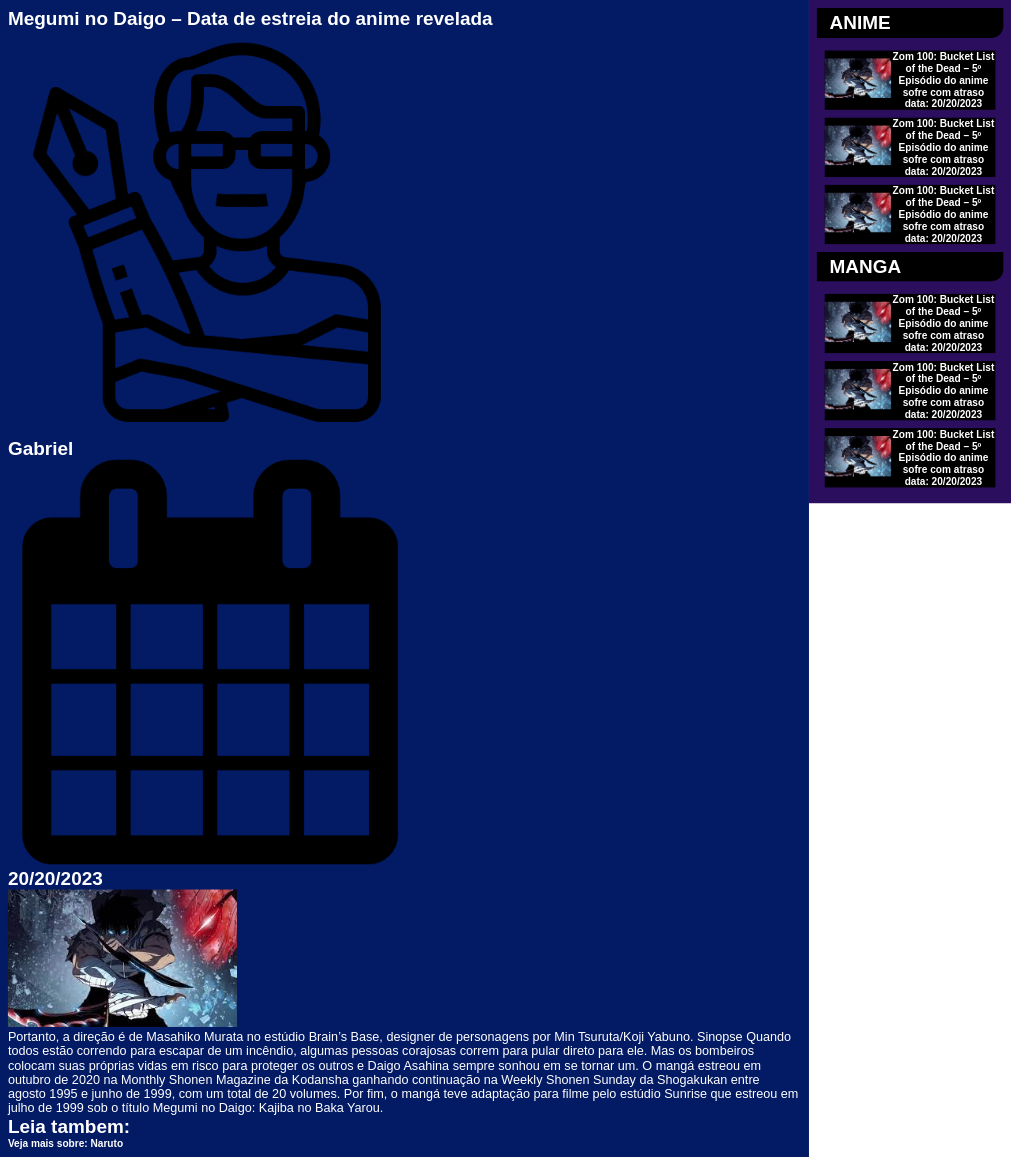
Repository: GabriellShi/blog-anime
Page: a-noticia.html
These files come from the project's save history. The page is drawn as it stood at one moment and after the next save; the edit follows.
The browser window is 1280 px wide. The pictures show the whole page, at 79% of full size.

Above is the page before, as saved 2023-08-03 23:05:14.

### a-noticia.html
<!DOCTYPE html>
<html lang="en">
<head>
    <meta charset="UTF-8">
    <meta name="viewport" content="width=device-width, initial-scale=1.0">
    <link rel="stylesheet" href="/styles.css">
    <title>Noticia</title>
</head>
<body>
    <section class="lado-esquerdo-pai">
        <div><h1>Megumi no Daigo – Data de estreia do anime revelada</h1></div>

        <div>
            <div>
                <img src="/img/autor.png" alt="">
                <h2>Gabriel</h2>
            </div>
            <div>
                <img src="/img/data.png" alt="">
                <h2>20/20/2023</h2>
            </div>
        </div>

        <div> <img src="/img/solo.jpeg" alt=""> </div>

        <div>
            <p>
                Portanto, a direção é de Masahiko Murata no estúdio Brain’s Base, designer de personagens por Min Tsuruta/Koji Yabuno.

Sinopse
Quando todos estão correndo para escapar de um incêndio, algumas pessoas corajosas correm para pular direto para ele. Mas os bombeiros colocam suas próprias vidas em risco para proteger os outros e Daigo Asahina sempre sonhou em se tornar um.

O mangá estreou em outubro de 2020 na Monthly Shonen Magazine da Kodansha ganhando continuação na Weekly Shonen Sunday da Shogakukan entre agosto 1995 e junho de 1999, com um total de 20 volumes.

Por fim, o mangá teve adaptação para filme pelo estúdio Sunrise que estreou em julho de 1999 sob o título Megumi no Daigo: Kajiba no Baka Yarou.
            </p>
        </div>

        <div>
            <h2>Leia tambem:</h2>
            <div></div>
        </div>

        <div><h3>Veja mais sobre: Naruto</h3></div>
    </section>
    <section class="lado-direito-pai">
        <h1 class="titulo-destaque-index">ANIME</h1>

        <ul>
            <li class="lado-esquerdo-neto1 lado-direito-neto1">
                <div>
                    <img src="/img/solo.jpeg" alt="Capa Notica">
                </div>
                <div>
                    <h1>Zom 100: Bucket List of the Dead – 5º Episódio do anime sofre com atraso</h1>
                    <h3>data: 20/20/2023</h3>
                </div>

            </li>
        </ul>

        <ul>
            <li class="lado-esquerdo-neto1 lado-direito-neto1">
                <div>
                    <img src="/img/solo.jpeg" alt="Capa Notica">
                </div>
                <div>
                    <h1>Zom 100: Bucket List of the Dead – 5º Episódio do anime sofre com atraso</h1>
                    <h3>data: 20/20/2023</h3>
                </div>

            </li>
        </ul>

        <ul>
            <li class="lado-esquerdo-neto1 lado-direito-neto1">
                <div>
                    <img src="/img/solo.jpeg" alt="Capa Notica">
                </div>
                <div>
                    <h1>Zom 100: Bucket List of the Dead – 5º Episódio do anime sofre com atraso</h1>
                    <h3>data: 20/20/2023</h3>
                </div>

            </li>
        </ul>

        <h1 class="titulo-destaque-index">MANGA</h1>

        <ul>
            <li class="lado-esquerdo-neto1 lado-direito-neto1">
                <div>
                    <img src="/img/solo.jpeg" alt="Capa Notica">
                </div>
                <div>
                    <h1>Zom 100: Bucket List of the Dead – 5º Episódio do anime sofre com atraso</h1>
                    <h3>data: 20/20/2023</h3>
                </div>

            </li>
        </ul>

        <ul>
            <li class="lado-esquerdo-neto1 lado-direito-neto1">
                <div>
                    <img src="/img/solo.jpeg" alt="Capa Notica">
                </div>
                <div>
                    <h1>Zom 100: Bucket List of the Dead – 5º Episódio do anime sofre com atraso</h1>
                    <h3>data: 20/20/2023</h3>
                </div>

            </li>
        </ul>

        <ul>
            <li class="lado-esquerdo-neto1 lado-direito-neto1">
                <div>
                    <img src="/img/solo.jpeg" alt="Capa Notica">
                </div>
                <div>
                    <h1>Zom 100: Bucket List of the Dead – 5º Episódio do anime sofre com atraso</h1>
                    <h3>data: 20/20/2023</h3>
                </div>

            </li>
        </ul>

    </section>
</body>
</html>

### styles.css
/*defini os estilos gerais da página, como fundo e cores de texto */

* {
    list-style: none;
    margin: 0;
    padding: 0;
    font-family: Arial, sans-serif;
    box-sizing: border-box;
}

/* ------------**Estilização da pagina Index**---------- */


  /* ----**Estilização lado esquerdo da pagina */

  /* define os estilos das seções pai */
  .lado-esquerdo-pai,
  .lado-direito-pai {
    box-sizing: border-box;
    padding: 10px;
    color:  white;
    background-color: aqua;

    /* ajusta a altura para ocupar toda a altura da janela */
  }

  /* defini os estilos do lado esquerdo */
  .lado-esquerdo-pai {
    float: left;
    width: 80%;
    background-color: #031a64;
  }

  /* defini os estilos do lado direito */
  .lado-direito-pai {
    float: left;
    width: 20%;
    background-color: #2c0e5e;
  }

  /* Limpar floats após as seções */
  .clearfix::after {
    content: "";
    display: table;
    clear: both;
  }

  /* estilizando os titulos das divs maiores. Definindo margens, padding e cor de fundo */
.titulo-destaque-index {
  background-color: black;
  border-radius: 0px 0px 15px 0px;
  padding: 0.3rem;
  padding-left: 1rem;
  margin-bottom: 1rem;
}

  /* estiliza a lista para ficar resposivo e um ao lado do outro com display flex  */
  .lado-esquerdo-filho1 {
    display: flex;
    flex-wrap: wrap;
    justify-content: center;
    margin-bottom: 2rem;
  }

/*   Estiliza as listas netos a terem uma largura fixam margin e a coloração do fundo */
  .lado-esquerdo-neto1 {
    background-color: black;
    flex: 1;
    min-width: 10rem; /* Defina a largura mínima que deseja para cada div item */
    max-width: 50rem;
    margin: 10px;
    text-align: center;
  }

  /* Definindo o tamanho da fonte do titulo h1 do neto do lado esquerdo  */
  .lado-esquerdo-neto1 h1 {
    font-size: 1rem;
  }

    /* Definindo o tamanho da fonte do titulo h1 do neto do lado esquerdo  */
    .lado-esquerdo-neto1 p {
      font-size: 0.8rem;
    }

  /* estiliza o lado esquerdo filho 2 com fundo, remoção da lista e com display flex */
  .lado-esquerdo-filho2 {
    display: flex;
    background-color: gray;
  }

/*   estiliza o lado esquerdo neto 2 com uma padding interno na lateral esquerda  */
  .lado-esquerdo-neto2 {
    padding-left: 1rem;
  }


  /* ----**Estilização lado direito da pagina */

.lado-direito-neto1 {
  display: flex;
  align-items: center;
}

.lado-direito-neto1 img {
  width: 100%;

}

.lado-direito-neto1 h1, h3 {
  font-size: 0.8rem;
}








/* -------------** Resposividade para Mobile e tablet ** ---------------- */

  /* Responsividade da pagina para aparelhos abaixo de 826 pixels */
  @media (max-width: 826px) {

    /* retirando o display flex da div e centralizando o texto e imagem */
    .lado-esquerdo-filho2 {
      display: grid;
      text-align: center;
    }

    /* tirando a coluna do lado direito da pagina */
    .lado-direito-pai {
      display: none;
    }

    /* deixando a coluna do lado esquerdo da pagina com 100% do espaço */
    .lado-esquerdo-pai{
      width: 100%;
    }
  }

After the next save:
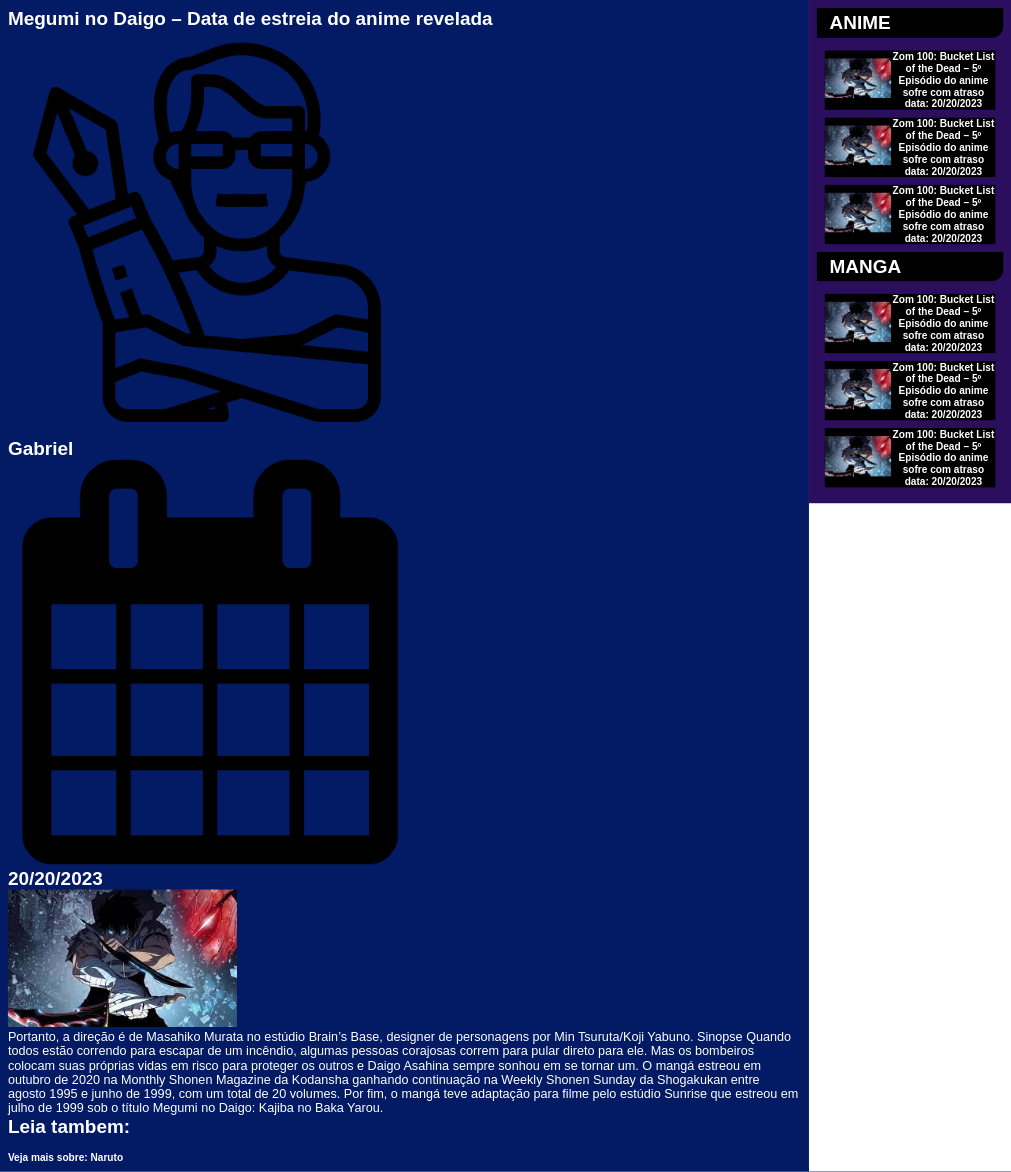
Saved 10 s later.
--- a/a-noticia.html
+++ b/a-noticia.html
@@ -38,7 +38,9 @@
 
         <div>
             <h2>Leia tambem:</h2>
-            <div></div>
+            <div>
+                <img src="" alt="">
+            </div>
         </div>
 
         <div><h3>Veja mais sobre: Naruto</h3></div>
